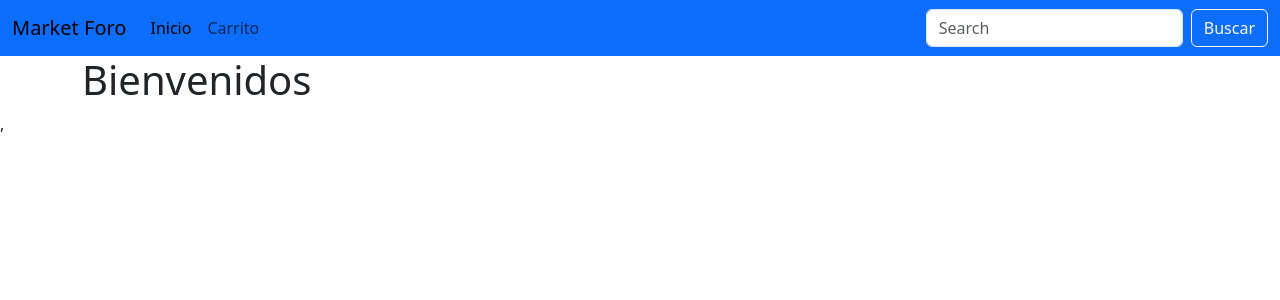
Repository: ikabeee/shopping-car
Page: /
The author's editor kept a copy of each file at every save. The page is drawn from the files as they stood at one save, then again after a run of saves.
The browser window is 1280 px wide. The pictures show the whole page.
The project was rebuilt for these pictures with package versions that can differ from the ones it lists, and the page was loaded fresh each time. Also part of the build but not shown: vite.config.ts, src/pages/Cart.tsx, src/pages/About.tsx.

Above is the page before, as saved 2024-10-18 14:25:05.

### index.html
<!doctype html>
<html lang="en">
  <head>
    <meta charset="UTF-8" />
    <link rel="icon" type="image/svg+xml" href="/vite.svg" />
    <meta name="viewport" content="width=device-width, initial-scale=1.0" />
    <title>Carrito de Compras</title>
  </head>
  <body>
    <div id="root"></div>
    <script type="module" src="/src/main.tsx"></script>
  </body>
</html>

### src/main.tsx
import { StrictMode } from 'react'
import { createRoot } from 'react-dom/client'
import App from './App.tsx'
import { BrowserRouter } from 'react-router-dom'


createRoot(document.getElementById('root')!).render(
  <BrowserRouter>
    <StrictMode>
      <App />
    </StrictMode>,
  </BrowserRouter>
)

### src/App.tsx

//Importar los estilos de bootstrap7

import 'bootstrap/dist/css/bootstrap.min.css';
import { Route, Routes } from 'react-router-dom';

import Header from './components/Header'
import Home from './pages/Home';
import Cart from './pages/Cart';
import About from './pages/About';




function App() {


  return (
    <>
      <Header/>
      <Routes>
        <Route path='/' element={<Home/>}/>
        <Route path='/cart' element={<Cart/>}/>
        <Route path='/about-us' element={<About/>} />
      </Routes>

    </>
  )
}

export default App

### src/components/Header.tsx

const Header = () => {

    return (
        <>
            <nav className="navbar navbar-expand-lg bg-primary">
                <div className="container-fluid">
                    <a className="navbar-brand" href="#"> Market Foro </a>
                    <div className="collapse navbar-collapse" id="navbarTogglerDemo02">
                        <ul className="navbar-nav me-auto mb-2 mb-lg-0">
                            <li className="nav-item">
                                <a className="nav-link active" aria-current="page" href="#"> Inicio </a>
                            </li>
                            <li className="nav-item">
                                <a className="nav-link" href="#"> Carrito </a>
                            </li>
                        </ul>
                        <div className="d-flex" role="search">
                            <input className="form-control me-2" type="search" placeholder="Search" aria-label="Search" />
                            <button className="btn btn-outline-light" > Buscar </button>
                        </div>
                    </div>
                </div>
            </nav>
        </>
    )
}

export default Header

### src/pages/Home.tsx
const Home = () =>{
    return(
        <>
        <div className="container">
            <h1>Bienvenidos</h1>
        </div>
        </>
    )
}

export default Home

After the next 6 saves:
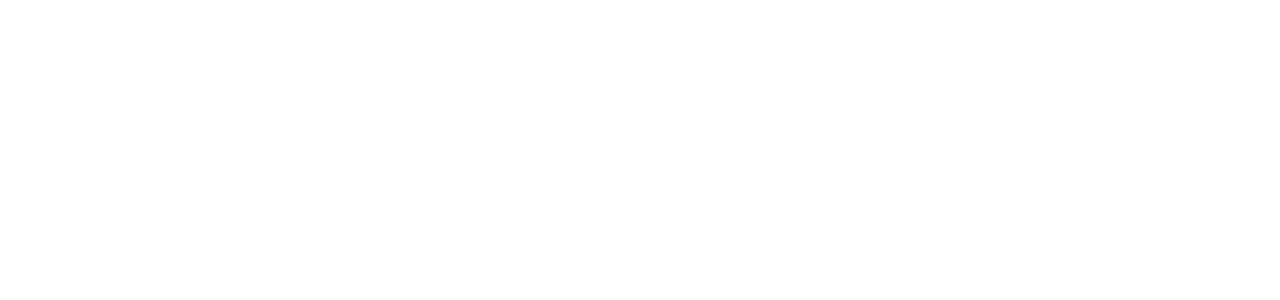
Console error: ReferenceError: Link is not defined
The 6 saves are shown as one change because 2 did not build or start and some came seconds apart.
The last was saved 26 s later.
--- a/src/components/Header.tsx
+++ b/src/components/Header.tsx
@@ -9,7 +9,7 @@
                     <div className="collapse navbar-collapse" id="navbarTogglerDemo02">
                         <ul className="navbar-nav me-auto mb-2 mb-lg-0">
                             <li className="nav-item">
-                                <a className="nav-link active" aria-current="page" href="#"> Inicio </a>
+                                <Link className="nav-link active" aria-current="page" to="/"> Inicio </Link>
                             </li>
                             <li className="nav-item">
                                 <a className="nav-link" href="#"> Carrito </a>

After the 3 saves that followed:
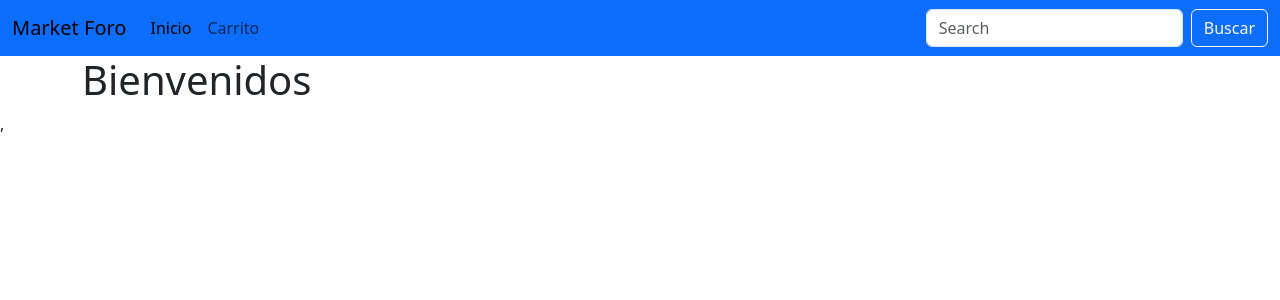
The error is gone.
The 3 saves are shown as one change because 1 left the picture as it was and some came seconds apart.
The last was saved 17 s later.
--- a/src/components/Header.tsx
+++ b/src/components/Header.tsx
@@ -1,3 +1,4 @@
+import { Link } from "react-router-dom"
 
 const Header = () => {
 
